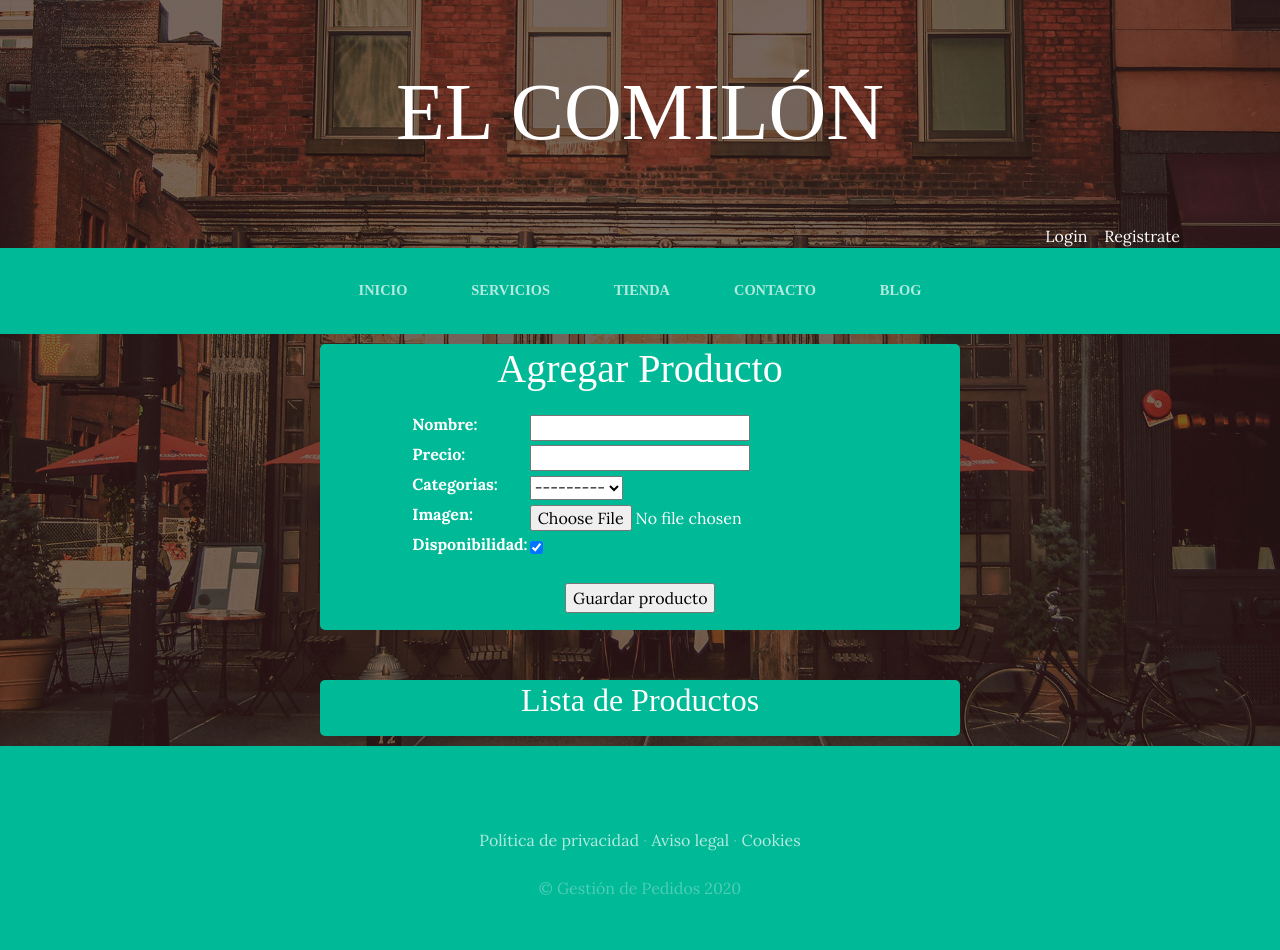
Repository: MatLarrea/Entrega_Elcomilon
Page: http://localhost/tienda/agregar_producto/
These files come from the project's save history. The page is drawn as it stood at one moment and after the next save; the edit follows.
The browser window is 1280 px wide. The pictures show the whole page.
Backgrounds fixed to the window are drawn as part of the page. Some web fonts or font styles are not loaded; a fallback is used. The page is served by the project's application, run on Django 5.2 (manage.py). Other server files are loaded and not shown. Queries for data that is not in the repository find no rows.

Above is the page before, as saved 2024-07-11 23:02:38.
Console error: TypeError: Cannot read properties of null (reading 'addEventListener')

### TiendaApp/templates/tienda/agregar_producto.html
{% extends 'layouts/base.html' %}
{% load static %}

{% block content %}
<div class="formularioContacto" style="text-align: center;">
    <h1 style="color: white;">Agregar Producto</h1>
    <form method="post" enctype="multipart/form-data">
        {% csrf_token %}
        <table style="margin:20px auto; color: white;">
            {{ form.as_table }}
        </table>
        <input type="submit" value="Guardar producto" style="width: 150px;">
    </form>
</div>

<div class="formularioContacto" style="margin-top: 50px; text-align: center;">
    <h2 style="color: white;">Lista de Productos</h2>
    <ul style="list-style-type: none; padding: 0;">
        {% for producto in productos %}
        <li style="margin-bottom: 10px;">
            {{ producto.nombre }} - Precio: {{ producto.precio }}
            <form method="post" action="{% url 'borrar_producto' producto.id %}">
                {% csrf_token %}
                <input type="submit" value="Eliminar" style="width: 150px;">
            </form>
        </li>
        {% endfor %}
    </ul>
</div>
{% endblock %}

### Carrito/context_processor.py
from django.contrib import messages

def importe_total_carro(request):

    total = 0

    if request.user.is_authenticated:
        for key, value in request.session["carrito"].items():
            total = total + float(value["precio"])
    else:
        total = "Error"
    return {"importe_total_carro":total}

### Tienda_OnlineApp/templates/layouts/base.html
<html>

<head>


    {% load static %}
    <!-- Bootstrap -->
    <link href="{% static 'Tienda_OnlineApp/vendor/bootstrap/css/bootstrap.min.css' %}" rel="stylesheet">

    <!-- Fonts -->

    <link href="https://fonts.googleapis.com/css2?family=Raleway:wght@300&display=swap" rel="stylesheet">
    <link href="https://fonts.googleapis.com/css?family=Lora:400,400i,700,700i" rel="stylesheet">


    <!-- Styles -->
    <link href="{% static 'Tienda_OnlineApp/css/gestion.css' %}" rel="stylesheet">
</head>

<body>

    <h1 class="site-heading text-center text-white d-none d-lg-block">

        <span class="site-heading-lower">El comilón</span>
    </h1>

    <div style="text-align: right; margin-right: 100px; color: white;">

        {% if user.is_authenticated %}
           Bienvenido {{user.username}} &nbsp;&nbsp; <a href="{% url 'cerrar_sesion'%}" style="color: white;"> Cerrar sesión</a>
        {% else %}
            <a href="{% url 'logear' %}" style="color: white;">Login</a> &nbsp;&nbsp; <a href="{% url 'registro'%}" style="color: white;">Registrate</a>
        {% endif %}
    </div>
    <!-- Navbar -->
    <nav class="navbar navbar-expand-lg navbar-dark py-lg-4" id="mainNav">
        <div class="container">
            <a class="navbar-brand text-uppercase text-expanded font-weight-bold d-lg-none" href="home.html">Gestión de Pedidos
            </a>
            <button class="navbar-toggler" type="button" data-toggle="collapse" data-target="#navbarResponsive"
                aria-controls="navbarResponsive" aria-expanded="false" aria-label="Toggle navigation">
                <span class="navbar-toggler-icon"></span>
            </button>
            <div class="collapse navbar-collapse" id="navbarResponsive">
                <ul class="navbar-nav mx-auto">
                    <li class="nav-item {% if request.path == '/' %}active{% endif %} px-lg-4">
                        <a class="nav-link text-uppercase text-expanded" href="{% url 'home' %}">Inicio</a>
                    </li>
                    <li class="nav-item {% if request.path == '/servicios/' %}active{% endif %} px-lg-4">
                        <a class="nav-link text-uppercase text-expanded" href="{% url 'servicios' %}">Servicios</a>
                    </li>
                    <li class="nav-item {% if request.path == '/tienda/' %}active{% endif %} px-lg-4">
                        <a class="nav-link text-uppercase text-expanded" href="{% url 'tienda' %}">Tienda</a>
                    </li>
                    <li class="nav-item {% if request.path == '/contacto/' %}active{% endif %} px-lg-4">
                        <a class="nav-link text-uppercase text-expanded" href="{% url 'contacto' %}">Contacto</a>
                    </li>
                    <li class="nav-item {% if request.path|slice:':6' == '/blog/' %}active{% endif %} px-lg-4">
                        <a class="nav-link text-uppercase text-expanded" href="{% url 'blog' %}">Blog</a>
                    </li>
                    {% if user.is_superuser %}
                        <li class="nav-item {% if request.path == '/agregar_categoria/' %}active{% endif %} px-lg-4">
                            <a class="nav-link text-uppercase text-expanded" href="{% url 'agregar_categoria' %}">Administracion Categorias</a>
                        </li>
                        <li class="nav-item {% if request.path == '/agregar_producto/' %}active{% endif %} px-lg-4">
                            <a class="nav-link text-uppercase text-expanded" href="{% url 'agregar_producto' %}">Administracion Productos</a>
                        </li>
                    {% endif %}
                </ul>
            </div>
        </div>
    </nav>

    <!-- Contenido de las paginas-->
    {% block content%}

    {% endblock %}

    <!-- Footer -->
    <footer class="footer text-faded text-center py-5">
        <div class="container">
            <p class="m-0">
                <a href="#" class="link">
                    <span class="fa-stack fa-lg">
                        <i class="fa fa-circle fa-stack-2x"></i>
                        <i class="fa fa-twitter fa-stack-1x fa-inverse"></i>
                    </span>
                </a>
                <a href="#" class="link">
                    <span class="fa-stack fa-lg">
                        <i class="fa fa-circle fa-stack-2x"></i>
                        <i class="fa fa-facebook fa-stack-1x fa-inverse"></i>
                    </span>
                </a>
                <a href="#" class="link">
                    <span class="fa-stack fa-lg">
                        <i class="fa fa-circle fa-stack-2x"></i>
                        <i class="fa fa-instagram fa-stack-1x fa-inverse"></i>
                    </span>
                </a>
            </p>
            <p class="m-0 mbt">
                <a href="sample.html" class="link">Política de privacidad</a> ·
                <a href="sample.html" class="link">Aviso legal</a> ·
                <a href="sample.html" class="link">Cookies</a>
            </p>
            <p class="m-0 mbt1">&copy; Gestión de Pedidos 2020</p>
        </div>
    </footer>

    <!-- Bootstrap -->
    <script src="{% static 'Tienda_OnlineApp/vendor/jquery/jquery.min.js' %}"></script>
    <script src="{% static 'Tienda_OnlineApp/vendor/bootstrap/js/bootstrap.bundle.min.js' %}"></script>
    <script src="{% static 'Tienda_OnlineApp/js/gestion.js' %}"></script>
</body>

</html>

### TiendaApp/forms.py
from django import forms
from .models import Categoria_producto, Producto

class CategoriaProductoForm(forms.ModelForm):
    class Meta:
        model = Categoria_producto
        fields = ['nombre']

class ProductoForm(forms.ModelForm):
    class Meta:
        model = Producto
        fields = ['nombre', 'precio', 'categorias', 'imagen', 'disponibilidad']

### TiendaApp/models.py
from django.db import models

# Create your models here.
class Categoria_producto(models.Model):
    nombre = models.CharField(max_length=100, unique=True)
    created = models.DateTimeField(auto_now_add=True)
    updated = models.DateTimeField(auto_now_add=True)

    class Meta:
        verbose_name = "categoria_producto"
        verbose_name_plural = "categorias_producto"

    def __str__(self):
        return self.nombre

class Producto(models.Model):
    nombre = models.CharField(max_length=50)
    precio = models.FloatField()
    categorias =  models.ForeignKey(Categoria_producto, on_delete=models.CASCADE)
    imagen = models.ImageField(upload_to="tienda", null=True, blank=True)
    disponibilidad = models.BooleanField(default=True)
    created = models.DateTimeField(auto_now_add=True)
    updated = models.DateTimeField(auto_now_add=True)

    class Meta:
        verbose_name = "producto"
        verbose_name_plural = "productos"

    def __str__(self):
        return self.nombre

### TiendaApp/views.py
from django.shortcuts import render, redirect, get_object_or_404
from .models import Producto, Categoria_producto
from .forms import CategoriaProductoForm, ProductoForm
from django.contrib import messages
from django.db import IntegrityError

# Create your views here.
def tienda(request):
    productos = Producto.objects.all()
    return render(request, "tienda/tienda.html", {"productos":productos})

def agregar_categoria(request):
    if request.method == 'POST':
        form = CategoriaProductoForm(request.POST)
        if form.is_valid():
            nombre_categoria = form.cleaned_data['nombre']
            try:
                form.save()
                messages.success(request, f'Categoría "{nombre_categoria}" agregada correctamente.')
                return redirect('agregar_categoria')  # Redirige a la misma página de agregar categoría
            except IntegrityError:
                messages.error(request, f'La categoría "{nombre_categoria}" ya existe.')
    else:
        form = CategoriaProductoForm()

    categorias = Categoria_producto.objects.all()  # Obtener todas las categorías desde la base de datos

    return render(request, 'tienda/agregar_categoria.html', {'form': form, 'categorias': categorias})

def borrar_categoria(request, categoria_id):
    categoria = get_object_or_404(Categoria_producto, pk=categoria_id)
    if request.method == 'POST':
        categoria.delete()
        messages.success(request, f'Categoría "{categoria.nombre}" eliminada correctamente.')
        return redirect('agregar_categoria')  # Redirige de nuevo a la misma página de agregar categoría
    return redirect('agregar_categoria')  # En caso de que no sea POST, redirige a la misma página de agregar categoría

def agregar_producto(request):
    if request.method == 'POST':
        form = ProductoForm(request.POST, request.FILES)
        if form.is_valid():
            form.save()
            return redirect('agregar_producto')
    else:
        form = ProductoForm()

    productos = Producto.objects.all()
    context = {
        'form': form,
        'productos': productos,
    }
    return render(request, 'tienda/agregar_producto.html', context)

def borrar_producto(request, producto_id):
    producto = get_object_or_404(Producto, id=producto_id)
    if request.method == 'POST':
        producto.delete()
        return redirect('agregar_producto')

    return render(request, 'tienda/agregar_producto.html', {'producto': producto})

### Tienda_Online/urls.py
"""
URL configuration for Tienda_Online project.

The `urlpatterns` list routes URLs to views. For more information please see:
    https://docs.djangoproject.com/en/5.0/topics/http/urls/
Examples:
Function views
    1. Add an import:  from my_app import views
    2. Add a URL to urlpatterns:  path('', views.home, name='home')
Class-based views
    1. Add an import:  from other_app.views import Home
    2. Add a URL to urlpatterns:  path('', Home.as_view(), name='home')
Including another URLconf
    1. Import the include() function: from django.urls import include, path
    2. Add a URL to urlpatterns:  path('blog/', include('blog.urls'))
"""
from django.contrib import admin
from django.urls import path, include
from django.conf import settings
from django.conf.urls.static import static

urlpatterns = [
    path('admin/', admin.site.urls),
    path('', include("Tienda_OnlineApp.urls")),
    path('servicios/', include("ServiciosApp.urls")),
    path('blog/', include("BlogApp.urls")),
    path('contacto/', include("ContactoApp.urls")),
    path('tienda/', include("TiendaApp.urls")),
    path('carrito/', include("Carrito.urls")),
    path('auth/', include("AutentificacionApp.urls")),
]

urlpatterns += static(settings.MEDIA_URL, document_root = settings.MEDIA_ROOT)

### ServiciosApp/urls.py
from django.urls import path
from . import views

urlpatterns = [
    path('', views.servicios, name="servicios"),
]

### BlogApp/urls.py
from django.urls import path
from . import views

urlpatterns = [
    path('', views.blog, name="blog"),
    path('categoria/<categoria_id>/', views.categoria, name="categoria"),
]

### ContactoApp/urls.py
from django.urls import path
from . import views

urlpatterns = [
    path('', views.contacto, name="contacto"),
]

### TiendaApp/urls.py
from django.urls import path
from . import views
from .views import agregar_categoria


urlpatterns = [
    path('', views.tienda, name="tienda"),
    path('agregar_categoria/', views.agregar_categoria, name='agregar_categoria'),
    path('borrar_categoria/<int:categoria_id>/', views.borrar_categoria, name='borrar_categoria'),
    path('agregar_producto/', views.agregar_producto, name='agregar_producto'),
    path('borrar_producto/<int:producto_id>/', views.borrar_producto, name='borrar_producto'),
]

### Carrito/urls.py
from django.urls import path
from . import views

app_name = "ctienda"

urlpatterns = [

    path("agregar/<int:producto_id>/", views.agregar_producto, name="agregar"),
    path("eliminar/<int:producto_id>/", views.eliminar_producto, name="eliminar"),
    path("restar/<int:producto_id>/", views.restar_producto, name="restar"),
    path("limpiar/", views.limpiar_carrito, name="limpiar"),
]

### AutentificacionApp/urls.py
from django.urls import path
from .views import VRegistro, cerrar_sesion, logear



urlpatterns = [
    path('', VRegistro.as_view() , name="registro"),
    path('cerrar_sesion', cerrar_sesion, name="cerrar_sesion"),
    path('login', logear, name="logear"),
]

### Tienda_OnlineApp/static/Tienda_OnlineApp/css/gestion.css
body {
  font-family: 'Lora';
  background: linear-gradient(rgba(47, 23, 15, 0.65), rgba(47, 23, 15, 0.65)), url("../img/bg_mainn.jpg");
  background-attachment: fixed;
  background-position: center;
  background-size: cover;
}

h1,
h2,
h3,
h4,
h5,
h6 {
  font-family: 'Raleway';
}

p {
  line-height: 1.75;
}

.text-faded {
  color: rgba(255, 255, 255, 0.3);
}

.site-heading {
  margin-top: 5rem;
  margin-bottom: 5rem;
  text-transform: uppercase;
  line-height: 1;
  font-family: 'Raleway';
}

.site-heading .site-heading-upper {
  display: block;
  font-size: 2rem;
  font-weight: 800;
}

.site-heading .site-heading-lower {
  font-size: 5rem;
  font-weight: 100;
  line-height: 4rem;
}

.page-section {
  margin-top: 5rem;
  margin-bottom: 5rem;
}

.section-heading {
  text-transform: uppercase;
}

.section-heading .section-heading-upper {
  display: block;
  font-size: 1rem;
  font-weight: 800;
  padding-bottom: .5rem;

}

.section-heading .section-heading-lower {
  display: block;
  font-size: 3rem;
  font-weight: 100;
}


.section-heading .section-heading-under {
  display: block;
  font-size: 1rem;
  text-transform: none;
  font-weight: 300;
  margin-top: .5rem;
}

.bg-faded {
  background-color: rgba(255, 255, 255, 0.85);
}

#mainNav {
  background-color: rgb(0, 185, 151);
  font-family: 'Raleway';
}

#mainNav .navbar-brand {
  color: #ffffff;
}

#mainNav .navbar-nav .nav-item .nav-link {
  color: rgba(255, 255, 255, 0.7);
  font-weight: 800;
}

#mainNav .navbar-nav .nav-item.active .nav-link {
  color: #ffffff;
  text-decoration: underline;
}

@media (min-width: 992px) {
  #mainNav .navbar-nav .nav-item .nav-link {
    font-size: 0.9rem;
  }

  #mainNav .navbar-nav .nav-item .nav-link:hover {
    color: rgba(255, 255, 255, 0.4);
    text-decoration: underline;
  }

  #mainNav .navbar-nav .nav-item.active .nav-link:hover {
    color: #ffffff;
    text-decoration: underline;
  }
}

.btn-xl {
  font-weight: 700;
  font-size: 0.8rem;
  padding-top: 1.5rem;
  padding-bottom: 1.5rem;
  padding-left: 2rem;
  padding-right: 2rem;
}

.intro {
  position: relative;
}

@media (min-width: 992px) {
  .intro .intro-img {
    width: 75%;
    float: left;
  }

  .intro .intro-text {
    left: 600;
    width: 60%;
    margin-top: 3rem;
    background-color: rgb(0, 185, 151);
    color: cornsilk;
    position: absolute;
  }

  .intro .intro-text .intro-button {
    width: 100%;
    left: 0;
    position: absolute;
    bottom: -2rem;
  }
}

@media (min-width: 1200px) {
  .intro .intro-text {
    width: 45%;
  }
}

.cta {
  padding-top: 5rem;
  padding-bottom: 5rem;
  background-color: rgb(242, 245, 240);
}

.cta .cta-inner {
  position: relative;
  padding: 3rem;
  margin: 0.5rem;
  background-color: rgb(0, 185, 151);
  color: cornsilk;
}

.cta .cta-inner:before {
  border-radius: 0.5rem;
  content: '';
  position: absolute;
  top: -0.5rem;
  bottom: -0.5rem;
  left: -0.5rem;
  right: -0.5rem;
  border: 0.25rem solid rgba(255, 255, 255, 0.85);
}

.cta .cta-innerv {
  position: relative;
  padding: 3rem;
  margin: 0.5rem;
  background-color: rgba(255, 255, 255, 0.85);
}

@media (min-width: 992px) {
  .about-heading .about-heading-img {
    position: relative;
    z-index: 0;
  }

  .about-heading .about-heading-content {
    margin-top: -5rem;
    position: relative;
    z-index: 1;
  }
}

@media (min-width: 992px) {
  .product-item .product-item-title {
    position: relative;
    z-index: 1;
    margin-bottom: -3rem;
  }

  .product-item .product-item-img {
    position: relative;
    z-index: 0;
    max-width: 60vw;
  }

  .product-item .product-item-description {
    position: relative;
    z-index: 1;
    margin-top: -3rem;
    max-width: 50vw;
  }
}



@media (min-width: 992px) {
  .list-hours {
    width: 50%;
    font-size: 1.1rem;
  }
}

.address strong {
  font-size: 1.2rem;
}

.footer {
  background-color: rgb(0, 185, 151);
}



.btn {
  box-shadow: 0px 3px 3px 0px rgba(33, 37, 41, 0.1);
}



.font-weight-light {
  font-weight: 100 !important;
}

.mbtm {
  padding-top: 5rem;
}

.mbt {
  padding-top: 2rem;
}

.mbt1 {
  padding-top: 1.25rem;
}

a.link {
  color: rgba(255, 255, 255, 0.7);
}

a.link:hover {
  text-decoration: none;
  color: rgba(255, 255, 255, 0.4);
}

.section-content {
  font-family: 'Lora' !important;
  font-size: 16px !important;
  font-weight: 400 !important;
  line-height: 28px !important;
}

ul.errorlist {
  padding-top: .75rem;
  font-style: italic;
  color: red;
}

.linksCategorias{
  color: white !important;
  text-decoration: underline;
}

.linksCategorias:hover{
  text-decoration: none;
}

.formularioContacto{
  background-color:  rgb(0, 185, 151);
  margin: auto;
  width: 50%;
  margin: 10px auto;
  border-radius: 5px;
  padding: 1px 0px;
}

/*Mapa api*/

#encuentranos p{
  text-align: center;
}

#map{
  border-radius: 5rem;
  border-style: ridge;
  border-width: 1rem;
  border-color:  rgb(0, 185, 151);
  height: 30rem;
  width: 80%;
  margin: auto;
}

.texto-mapa{
  color: black;
  font-size: 2rem;
}

.mapa{
  background-color: #fff;
  padding-bottom: 5rem;
}

.clima button{

  text-decoration: none;
  color: #fff;
  border-color: black;
  max-width: 20rem;
  height: 2rem;
}

#resultado{
  background-color:   rgb(0, 185, 151);
  color: black;
  max-width: 15rem;
}

#inicio{
  margin: 1% 1%;
}

### Tienda_OnlineApp/static/Tienda_OnlineApp/js/gestion.js
//Creacion de ubicacion localizacion local google map api
let map;
async function initMap() {
  let coord  = {lat:-33.012516 ,lng:-71.549197 };
  const { Map } = await google.maps.importLibrary("maps");
  map = new Map(document.getElementById("map"), {
    center: coord,
    zoom: 16,
  });
  var marker = new google.maps.Marker({
    position: coord,
    map: map
});
}
initMap();


//Obtencion datos API openweathermap
let key = 'b2158dabed90c6c3a9797b6e96405750';
let ciudad = document.getElementById('city');
let boton = document.getElementById('btn');
let resultado = document.getElementById('resultado');
let get_weather = () => {
  let city_name = ciudad.value;
    let url = `https://api.openweathermap.org/data/2.5/weather?q=${city_name}&appid=${key}&units=metric`
    fetch(url).then((resp) => resp.json()).then(data => {
      console.log("la temperatura es " +(data.main.temp)+'°');
      console.log(data.weather[0].description);
      console.log(data);
      resultado.innerHTML = `<h2>${data.name} | ${data.main.temp+'°'}</h2>`
    });
}
boton.addEventListener('click',get_weather);

Loaded but not shown: Tienda_OnlineApp/urls.py (common file)

After the next save:
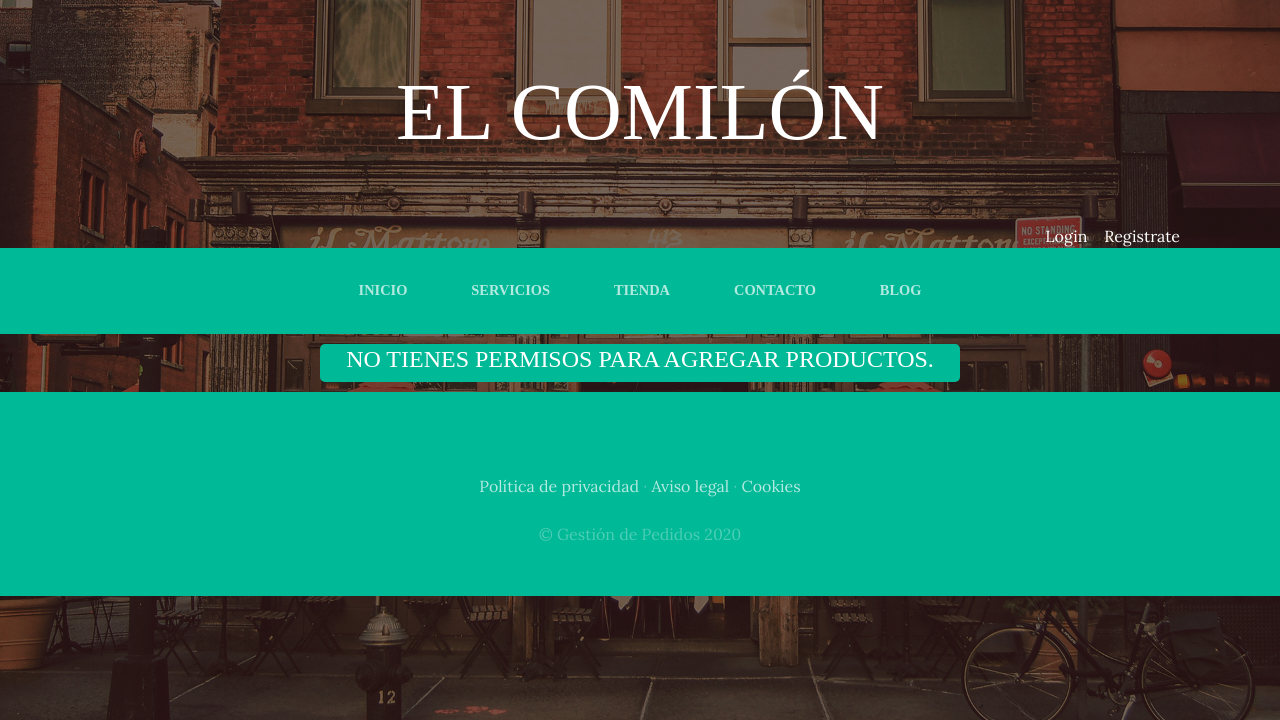
Saved 2 min 15 s later.
--- a/TiendaApp/templates/tienda/agregar_producto.html
+++ b/TiendaApp/templates/tienda/agregar_producto.html
@@ -2,29 +2,33 @@
 {% load static %}
 
 {% block content %}
+{% if user.is_superuser %}
 <div class="formularioContacto" style="text-align: center;">
     <h1 style="color: white;">Agregar Producto</h1>
-    <form method="post" enctype="multipart/form-data">
+    <form method="post">
         {% csrf_token %}
-        <table style="margin:20px auto; color: white;">
-            {{ form.as_table }}
-        </table>
-        <input type="submit" value="Guardar producto" style="width: 150px;">
+        <!-- Añade aquí los campos del formulario para agregar productos -->
     </form>
 </div>
-
-<div class="formularioContacto" style="margin-top: 50px; text-align: center;">
-    <h2 style="color: white;">Lista de Productos</h2>
+<div class="formularioContacto" style="text-align: center;">
+    <h2 style="color: white; margin-top: 30px;">Listado de Categorías</h2>
     <ul style="list-style-type: none; padding: 0;">
-        {% for producto in productos %}
-        <li style="margin-bottom: 10px;">
-            {{ producto.nombre }} - Precio: {{ producto.precio }}
-            <form method="post" action="{% url 'borrar_producto' producto.id %}">
+        {% for categoria in categorias %}
+        <li style="margin-bottom: 10px; display: flex; align-items: center;">
+            <span style="flex: 1;">{{ categoria.nombre }}</span>
+            <form method="post" action="{% url 'borrar_categoria' categoria.id %}" style="margin-left: 10px;">
                 {% csrf_token %}
                 <input type="submit" value="Eliminar" style="width: 150px;">
             </form>
         </li>
+        {% empty %}
+        <li style="color: white;">No hay categorías disponibles.</li>
         {% endfor %}
     </ul>
 </div>
+{% else %}
+<div class="formularioContacto">
+    <H4 style="text-align: center; color: white;">NO TIENES PERMISOS PARA AGREGAR PRODUCTOS.</H4>
+</div>
+{% endif %}
 {% endblock %}
